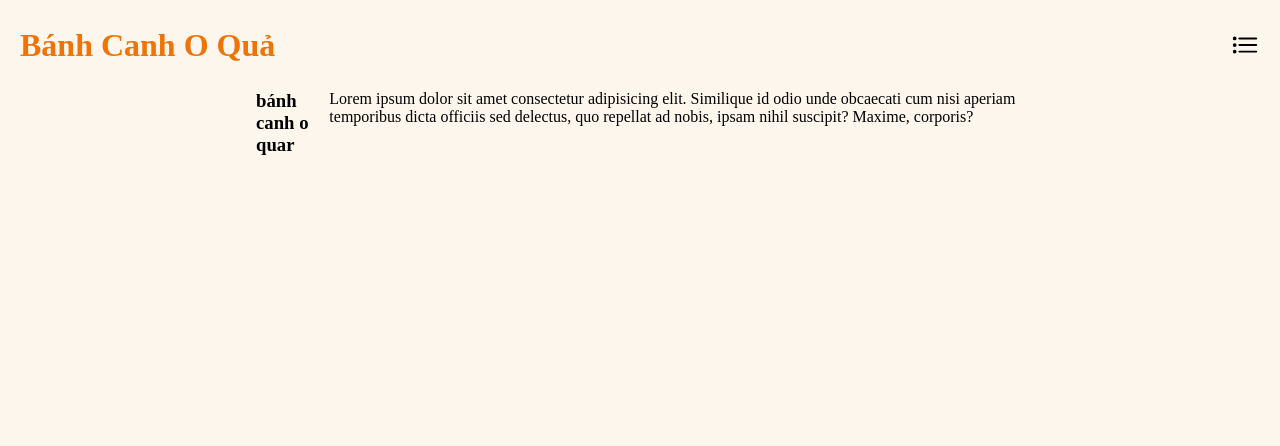
Repository: LeCongTuan2608/AmThuc
Page: public/index.html
These files come from the project's save history. The page is drawn as it stood at one moment and after the next save; the edit follows.
The browser window is 1280 px wide. The pictures show the whole page.
The style sheet was rebuilt from its Sass, Less or Tailwind sources for each picture, by a compiler version that may differ from the author's.

Above is the page before, as saved 2022-04-15 10:30:47.

After the next save:
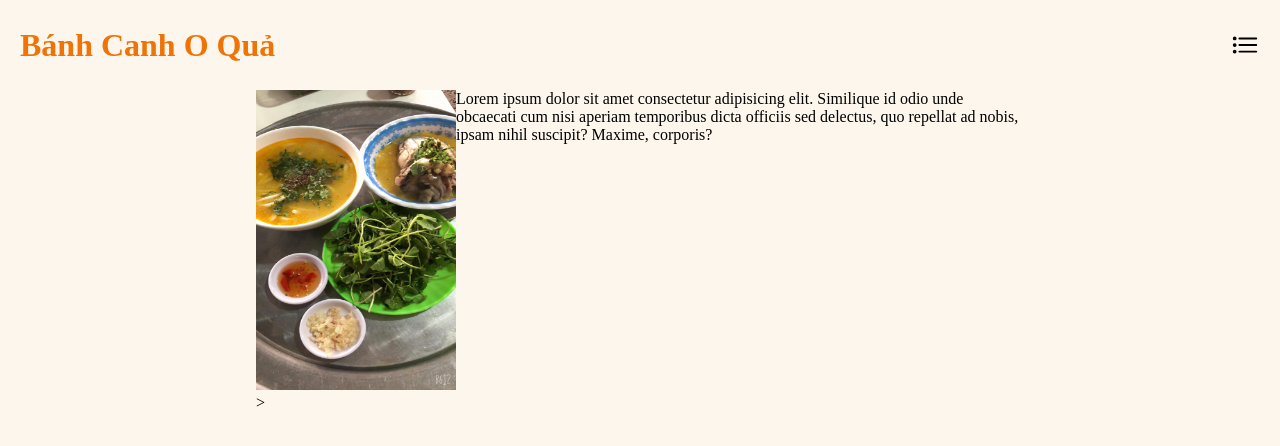
Saved 21 s later.
--- a/public/index.html
+++ b/public/index.html
@@ -20,9 +20,7 @@
       <main>
          <div id="container">
             <div id="top">
-               <div id="image">
-                  <h3>bánh canh o quar</h3>
-               </div>
+               <div id="image"><img src="../images/anh-1.jpg" alt="" />></div>
             </div>
             <div id="middle">
                <div>
